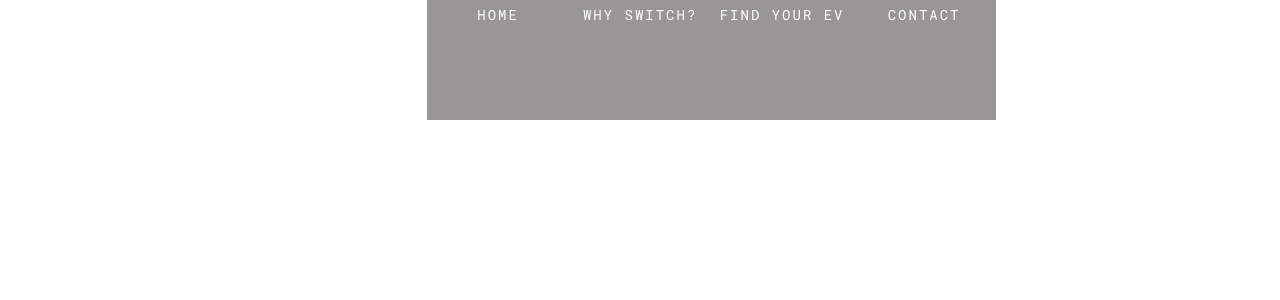
Repository: gnisco/2nd-project
Page: index.html
The author's editor kept a record of every edit. The page is drawn from the files as they stood at one moment, then again after the next edit.
The browser window is 1280 px wide. The pictures show the whole page.
Some web libraries are served in a nearby version.

Above is the page before.

### index.html
<!DOCTYPE html>
<html lang="en">
<head>
    <link rel="stylesheet" href="https://maxcdn.bootstrapcdn.com/bootstrap/3.3.7/css/bootstrap.min.css" type="text/css" />
    <link rel="stylesheet" href="https://maxcdn.bootstrapcdn.com/font-awesome/4.7.0/css/font-awesome.min.css" type="text/css" />
    <link rel="stylesheet" href="https://cdnjs.cloudflare.com/ajax/libs/hover.css/2.1.1/css/hover-min.css" type="text/css" />
    <link rel="stylesheet" href="assets/css/style.css" type="text/css" />
    <title>Convert to EV</title>
</head>

<body>
    <header class="container-fluid">
        <div class="row">
            <a href="index.html">
                <div class="col-md-4 logo"></div>
            </a>
            <div class="col-md-8">

                <div class="row">
                    <ul id="nav" class="list-inline clearfix">
                        <li class="col-xs-6 col-sm-2 ui-menu-color-home menuitem">
                            <a href="index.html" class="hvr-sweep-to-top"></i><span>Home</span></a>
                        </li>
                        <li class="col-xs-6 col-sm-2 ui-menu-color-why-switch menuitem">
                            <a href="why-switch.html" class="hvr-sweep-to-top"><span>Why switch?</span></a>
                        </li>
                        <li class="col-xs-6 col-sm-2 ui-menu-color-find-your-ev menuitem">
                            <a href="find-your-ev.html" class="hvr-sweep-to-top"><span>Find your EV</span></a>
                        </li>
                        <li class="col-xs-6 col-sm-2 ui-menu-color-contact menuitem">
                            <a href="contact.html" class="hvr-sweep-to-top"><span>Contact</span></a>
                        </li>
                    </ul>
                </div>
            </div>
        </div>
    </header>

</body>
</html>

### assets/css/style.css
@import url('https://fonts.googleapis.com/css?family=Roboto+Mono&display=swap');

#nav {
    margin: 0;
}

#nav li {
    padding: 0;
}

.menuitem {
    height: 120px;
    text-align: center;
    padding: 0;
}

.menuitem a {
    width: 100%;
    text-decoration: none;
    color: #ffffff;
    height: 120px;
}


.menuitem a i {
    padding-top: 22px;
    display: block;
    color: #fafafa;
    font-size: 26px;
}

.menuitem span {
    display: block;
    width: 100%;
    padding-top: 5px;
    text-align: center;
    text-transform: uppercase;
    font-size: 14px;
    font-weight: 300;
    letter-spacing: 2px;
}


/*--------------------------------------------Hover.css*/

.hvr-sweep-to-bottom:before {
    background: rgba(0, 0, 0, 0.2);
    height: 120px;
}

/*--------------------------------------------Colors*/

.bg-color-name-title {
    background-color: #676767;
}

.ui-menu-color-home {
    background-color: #999696;
}

.ui-menu-color-why-switch {
    background-color: #999696;
}

.ui-menu-color-find-your-ev {
    background-color: #999696;
}

.ui-menu-color-contact {
    background-color: #999696;
}




body {
    font-family: Roboto Mono, sans-serif;
    font-weight: 200;
    background-color: #fffff;
    color: #555555;
}

After the next edit:
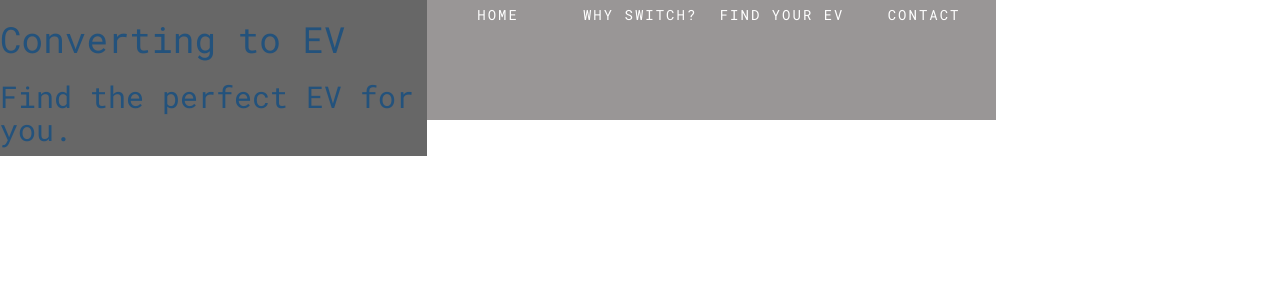
The edit:
--- a/index.html
+++ b/index.html
@@ -7,12 +7,19 @@
     <link rel="stylesheet" href="assets/css/style.css" type="text/css" />
     <title>Convert to EV</title>
 </head>
-
 <body>
     <header class="container-fluid">
         <div class="row">
             <a href="index.html">
-                <div class="col-md-4 logo"></div>
+                <div class="col-md-4 logo">
+                    <div class="row bg-color-name-title">
+                        <div class="heading">
+                            <h1 class="name">Converting to EV</h1>
+                            <h2 class="title">Find the perfect EV for you.</h2>
+                        </div>
+                    </div>
+                </div>
+
             </a>
             <div class="col-md-8">
 
